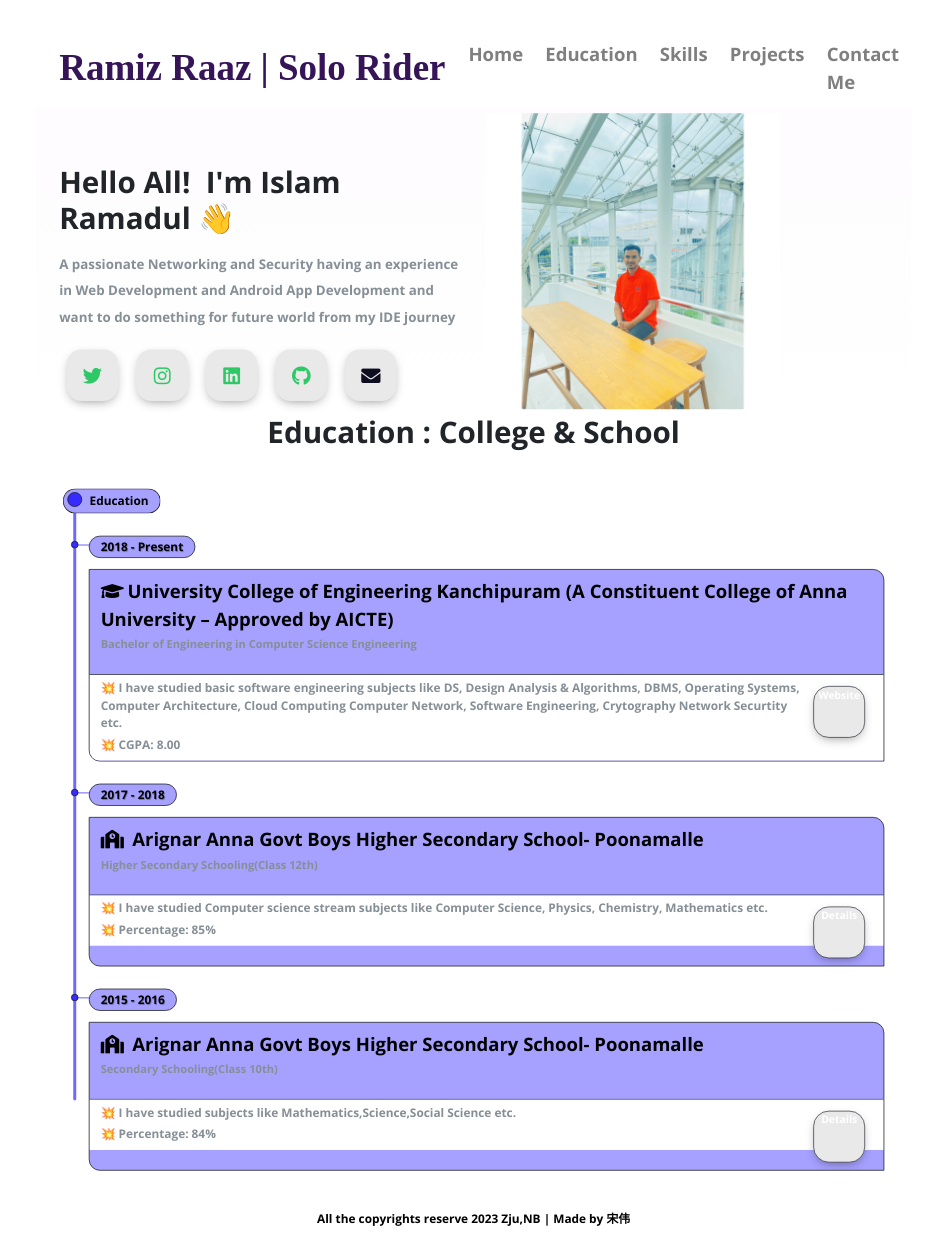
Repository: ramizraaz/ZjuProtfolio
Page: index.html
These files come from the project's save history. The page is drawn as it stood at one moment and after the next save; the edit follows.
The browser window is 1280 px wide. The pictures show the whole page, at 74% of full size.
Some web fonts or font styles are not loaded; a fallback is used. Some web libraries are served in a nearby version.

Above is the page before, as saved 2023-10-08 17:04:14.

### index.html
<!DOCTYPE html>
<html lang="en" dir="ltr">

<head>
    <meta charset="utf-8">
    <meta name="viewport" content="width=device-width,initial-scale=1">
    <title>宋伟's Profile | Personal website</title>
    <link rel="icon" href="Image/RR.png">
    <link rel="stylesheet" href="https://stackpath.bootstrapcdn.com/bootstrap/4.5.0/css/bootstrap.min.css" integrity="sha384-9aIt2nRpC12Uk9gS9baDl411NQApFmC26EwAOH8WgZl5MYYxFfc+NcPb1dKGj7Sk" crossorigin="anonymous">
    <link rel="stylesheet" href="style.css">
    <link href="https://fonts.googleapis.com/css2?family=Arizonia&family=Montserrat:wght@400;800&display=swap" rel="stylesheet">
    <link href="https://fonts.googleapis.com/css2?family=Open+Sans:wght@700&display=swap" rel="stylesheet">
    <link rel="stylesheet" href="https://use.fontawesome.com/releases/v5.4.1/css/all.css" />
    <link rel="stylesheet" href="https://cdnjs.cloudflare.com/ajax/libs/font-awesome/5.13.1/css/all.min.css">
    <script src="https://code.jquery.com/jquery-3.5.1.slim.min.js" integrity="sha384-DfXdz2htPH0lsSSs5nCTpuj/zy4C+OGpamoFVy38MVBnE+IbbVYUew+OrCXaRkfj" crossorigin="anonymous"></script>
    <script src="https://cdn.jsdelivr.net/npm/popper.js@1.16.0/dist/umd/popper.min.js" integrity="sha384-Q6E9RHvbIyZFJoft+2mJbHaEWldlvI9IOYy5n3zV9zzTtmI3UksdQRVvoxMfooAo" crossorigin="anonymous"></script>
    <script src="https://stackpath.bootstrapcdn.com/bootstrap/4.5.0/js/bootstrap.min.js" integrity="sha384-OgVRvuATP1z7JjHLkuOU7Xw704+h835Lr+6QL9UvYjZE3Ipu6Tp75j7Bh/kR0JKI" crossorigin="anonymous"></script>
</head>

<body class="container-fluid body_section">
    <header>
        <nav class="navbar navbar-expand-lg navbar-light ">
            <a class="navbar-brand brand-name" href="#">Ramiz Raaz | Solo Rider</a>
            <button class="navbar-toggler" type="button" data-toggle="collapse" data-target="#navbarSupportedContent" aria-controls="navbarSupportedContent" aria-expanded="false" aria-label="Toggle navigation">
                  <span class="navbar-toggler-icon"></span>
                </button>
            <div class="collapse navbar-collapse" id="navbarSupportedContent">
                <ul class="navbar-nav ml-auto">
                    <li class="nav-item">
                        <a class="nav-link headerachor" href="index.html">Home</a>
                    </li>

                    <li class="nav-item">
                        <a class="nav-link headerachor" href="">Education</a>
                    </li>
                    <li class="nav-item">
                        <a class="nav-link headerachor" href="">Skills</a>
                    </li>
                    <li class="nav-item">
                        <a class="nav-link headerachor" href="">Projects</a>
                    </li>
                    <li class="nav-item">
                        <a class="nav-link headerachor" href="">Contact Me</a>
                    </li>
                </ul>
        </nav>
    </header>
    <!-- Intro Section -->
    <section id="Home">
        <div class="row column1">
            <div class="col-lg-6 col-md-6 first-image">
                <img class="boyimage" src="img/me.gif" alt="">
            </div>
            <div class="col-lg-6 section-1">
                <h1 class="Hello">Hello All!&nbsp&nbspI'm Islam Ramadul <span class="wave">👋</span></h1>
                <p>A passionate Networking and Security having an experience in Web Development and Android App Development and want to do something for future world from my IDE journey</p>
                <div class=social_media_icon>
                    <a class="btn" href="https://twitter.com/ramiz_raaz" target=_blank>
                        <i class="fab fa-twitter"></i>
                    </a>
                    <a class="btn" href="https://www.instagram.com/ramiz_raaz/" target=_blank>
                        <i class="fab fa-instagram"></i>
                    </a>
                    <a class="btn" href="https://www.linkedin.com/" target=_blank>
                        <i class="fab fa-linkedin" aria-hidden="true"></i>
                    </a>
                    <a class="btn" href="https://github.com/ramizraaz" target=_blank>
                        <i class="fab fa-github"></i>
                    </a>
                    <a class="btn" href="mailto:romiz.romeo.raaz@gmail.com/" target=_blank>
                        <i class="fa fa-envelope"></i>
                    </a>
                </div>
            </div>
    </section>
    <!-- Education Section -->
    <section>
        <div class="container">
            <div class="Heading">
                <h1>Education : College & School</h1>
                <br>
            </div>
            <div class="timeline">
                <div class="timeline-month">
                    Education
                </div>
                <div class="timeline-section">
                    <div class="timeline-date">
                        2018 - Present
                    </div>
                    <div class="row">
                        <div class="col-lg">
                            <div class="timeline-box">
                                <div class="box-title">
                                    <i class="fas fa-graduation-cap" aria-hidden="true"></i>University College of Engineering Kanchipuram (A Constituent College of Anna University – Approved by AICTE)
                                    <p class="degree">Bachelor of Engineering in Computer Science Engineering</p>
                                </div>
                                <div class="box-content">
                                    <a class="btn btn-sm btn-dark float-right" role="button" href="http://www.aucek.in/" target=_blank style="color: white;">Website</a>
                                    <div class="box-item">💥 I have studied basic software engineering subjects like DS, Design Analysis & Algorithms, DBMS, Operating Systems, Computer Architecture, Cloud Computing Computer Network, Software Engineering, Crytography Network
                                        Securtity etc.</div>
                                    <div class="box-item"><b>💥 CGPA</b>: 8.00</div>
                                </div>
                            </div>
                        </div>
                    </div>
                </div>

                <div class="timeline-section">
                    <div class="timeline-date">
                        2017 - 2018
                    </div>
                    <div class="row">
                        <div class="col-lg">
                            <div class="timeline-box">
                                <div class="box-title">
                                    <i class="fas fa-school" aria-hidden="true"></i> Arignar Anna Govt Boys Higher Secondary School- Poonamalle
                                    <p class="degree">Higher Secondary Schooling(Class 12th)</p>
                                </div>
                                <div class="box-content">
                                    <a class="btn btn-sm btn-dark float-right" role="button" style="color: white;">Details</a>
                                    <div class="box-item">💥 I have studied Computer science stream subjects like Computer Science, Physics, Chemistry, Mathematics etc. </div>
                                    <div class="box-item"><b>💥 Percentage</b>: 85%</div>

                                </div>
                            </div>
                        </div>
                    </div>
                </div>

                <div class="timeline-section">
                    <div class="timeline-date">
                        2015 - 2016
                    </div>
                    <div class="row">
                        <div class="col-lg">
                            <div class="timeline-box">
                                <div class="box-title">
                                    <i class="fas fa-school" aria-hidden="true"></i> Arignar Anna Govt Boys Higher Secondary School- Poonamalle
                                    <p class="degree"> Secondary Schooling(Class 10th) </p>
                                </div>
                                <div class="box-content">
                                    <a class="btn btn-sm btn-dark float-right" role="button" style="color: white;">Details</a>
                                    <div class="box-item">💥 I have studied subjects like Mathematics,Science,Social Science etc. </div>
                                    <div class="box-item"><b>💥 Percentage</b>: 84%</div>

                                </div>
                            </div>
                        </div>
                    </div>
                </div>
            </div>
        </div>
    </section>

    </form>
    <footer class=footer>All the copyrights reserve 2023 Zju,NB | Made by 宋伟</footer>
</body>

</html>

### style.css
body {
    font-family: 'Open Sans', sans-serif;
    margin: 0;
}

.body_section {
    padding: 3% 5% 1%;
}

p {
    font-size: 18px;
}

a {
    text-decoration: none;
}

@font-face {
    font-family: "Lovely Home";
    src: local('Lovely Home'), url("Image/LovelyHome-9aBZ.ttf") format('truetype');
}

.brand-name,
.navbar-light .navbar-brand {
    font-family: "Lovely Home";
    font-size: 50px;
    font-weight: bold;
    color: #075786;
}

.headerachor {
    color: black;
    margin: 0 7px 0 7px;
    border-radius: 20px;
    font-size: 25px;
}

.headerachor:hover {
    background-color: #8c8a8a;
}


/* Section 1 */

.column1 {
    background-image: linear-gradient(#fefcfe, #ffffff);
    padding: 8px 16px;
}

.section-1 {
    margin-top: 6%;
    text-align: left;
    position: relative;
}

span.wave {
    animation-name: wave-animation;
    animation-duration: 2.5s;
    animation-iteration-count: infinite;
    transform-origin: 70% 70%;
    display: inline-block;
}

@keyframes wave-animation {
    0% {
        transform: rotate( 0.0deg)
    }
    10% {
        transform: rotate(-10.0deg)
    }
    20% {
        transform: rotate( 12.0deg)
    }
    30% {
        transform: rotate(-10.0deg)
    }
    40% {
        transform: rotate( 9.0deg)
    }
    50% {
        transform: rotate( 0.0deg)
    }
    100% {
        transform: rotate( 0.0deg)
    }
}

.first-image {
    position: absolute;
    right: 0;
}

.boyimage {
    height: 400px;
}

@media only screen and (max-width: 1183px) {
    .first-image {
        right: 160px;
    }
}

.boy {
    width: 100%;
    height: 100%;
    animation: bounce 1.2s;
    animation-direction: alternate;
    animation-iteration-count: infinite;
}

@keyframes bounce {
    from {
        transform: translate3d(0, 0, 0);
    }
    to {
        transform: translate3d(0, 20px, 0);
    }
}

.Image-boy {
    text-align: center;
    align-items: center;
}

@media only screen and (min-width:951px) {
    .Image-boy {
        display: none;
    }
}

.Hello {
    margin-bottom: 20px;
}

p {
    line-height: 2;
    color: #868e96;
}

.btn {
    display: inline-block;
    width: 4.37rem;
    height: 4.37rem;
    background: #e9e9e9;
    padding: 0px 0px;
    margin: 10px;
    border-radius: 30%;
    box-shadow: 0 5px 15px -5px #00000070;
    color: #0f0d20;
    overflow: hidden;
    position: relative;
}

.btn i {
    line-height: 70px;
    font-size: 1.625rem;
    transition: 0.2s linear;
}

.btn:hover i {
    transform: scale(1.3);
    color: #f1f1f1;
}

.btn::before {
    content: "";
    position: absolute;
    width: 120%;
    height: 120%;
    background: #46088d;
    transform: rotate(45deg);
    left: -110%;
    top: 90%;
}

.btn:hover::before {
    animation: aaa 0.7s 1;
    top: -10%;
    left: -10%;
}

@media only screen and (max-width:470px) {
    .btn {
        width: 2.5rem;
        height: 2.5rem;
        margin: 7px;
    }
    .btn i {
        line-height: 40px;
        font-size: 1em;
    }
}


/* Education CSS */

body {
    font-family: 'Open Sans', sans-serif;
    font-weight: 700;
    margin: 0;
}

.body_section {
    padding: 3% 5% 1%;
}

a {
    text-decoration: none;
}

@font-face {
    font-family: "Lovely Home";
    src: local('Lovely Home'), url("Image/LovelyHome-9aBZ.ttf") format('truetype');
}

.brand-name,
.navbar-light .navbar-brand {
    /* font-family: "Brush Script MT"; */
    /* margin-bottom: 3px; */
    font-family: "Lovely Home";
    font-size: 50px;
    font-weight: bold;
    color: #351458;
}

@media only screen and (max-width: 764px) {
    .brand-name,
    .navbar-light .navbar-brand {
        font-family: "Lovely Home";
        font-size: 40px;
        font-weight: bold;
        color: #351458;
    }
}

.headerachor {
    color: black;
    margin: 0 7px 0 7px;
    font-size: 25px;
}

.headerachor:hover {
    background-color: #f1f1f1;
}

#Section1 {
    padding: 7% 0 3%;
}

.Programming {
    width: 100%;
    height: 100%;
}

.Coding {
    padding-top: 3%;
    text-align: center;
}

.competitive_icon li {
    margin: 0 2% 0;
    list-style: none;
    display: inline;
}

.fab {
    color: #2ec866;
}

.fab:hover {
    color: black;
}

.iconify {
    color: gray;
    margin-bottom: 40px;
}

.iconify:hover {
    color: black;
}

.Heading {
    text-align: center;
}

.timeline {
    margin-top: 20px;
    position: relative;
}

.timeline:before {
    position: absolute;
    content: '';
    width: 4px;
    height: calc(100% - 100px);
    background: #6F67FF;
    left: 14px;
    top: 5px;
    border-radius: 4px;
}

.timeline-month {
    color: black;
    position: relative;
    padding: 4px 15px 4px 35px;
    background-color: #a6a1ff;
    display: inline-block;
    width: auto;
    border-radius: 40px;
    border: 1px solid #17191B;
    border-right-color: black;
    margin-bottom: 30px;
}

.timeline-month span {
    position: absolute;
    top: -1px;
    left: calc(100% - 100px);
    z-index: -1;
    white-space: nowrap;
    display: inline-block;
    background-color: #111;
    padding: 4px 10px 4px 20px;
    border-top-right-radius: 40px;
    border-bottom-right-radius: 40px;
    border: 1px solid black;
    box-sizing: border-box;
}

.timeline-month:before {
    position: absolute;
    content: '';
    width: 20px;
    height: 20px;
    background: #362CFF;
    border-radius: 100%;
    border: 1px solid #17191B;
    left: 5px;
}

.timeline-section {
    padding-left: 35px;
    display: block;
    position: relative;
    margin-bottom: 30px;
}

.timeline-date {
    margin-bottom: 15px;
    padding: 2px 15px;
    background: #a6a1ff;
    position: relative;
    display: inline-block;
    border-radius: 20px;
    border: 1px solid #17191B;
    color: black;
    text-shadow: 1px 1px 1px rgba(0, 0, 0, 0.3);
}

.timeline-section:before {
    content: '';
    position: absolute;
    width: 30px;
    height: 1px;
    background-color: #362CFF;
    top: 12px;
    left: 20px;
}

.timeline-section:after {
    content: '';
    position: absolute;
    width: 10px;
    height: 10px;
    background: #362CFF;
    top: 7px;
    left: 11px;
    border: 1px solid #17191B;
    border-radius: 100%;
}

.timeline-box {
    position: relative;
    color: black;
    background-color: #a6a1ff;
    border-radius: 15px;
    border-top-left-radius: 0px;
    border-bottom-right-radius: 0px;
    border: 1px solid #17191B;
    transition: all 0.3s ease;
    overflow: hidden;
}

.box-icon {
    position: absolute;
    right: 5px;
    top: 0px;
}

.box-title {
    padding: 10px 15px;
    font-size: 25px;
    border-bottom: 1px solid #17191B;
}

.degree {
    font-size: 15px;
}

.box-title i {
    margin-right: 5px;
}

.box-content {
    padding: 5px 15px;
    background-color: white;
}

.box-item {
    margin-bottom: 5px;
    color: #868e96;
    font-weight: 400;
}

.certificate {
    padding-top: 20px;
}

.certificate-text {
    text-align: center;
}

.box-shadow {
    box-shadow: 5px 5px 5px #d9dbdf;
}

.jc {
    background-color: white;
    border: 2px solid black;
    color: rgb(12, 12, 12);
    padding: 10px 49px;
    text-align: center;
    display: inline-block;
    font-size: 13px;
    margin: 5px 90%;
    cursor: pointer;
    width: fit-content;
}

footer {
    padding-top: 2%;
    color: #000000;
    text-align: center;
}

After the next save:
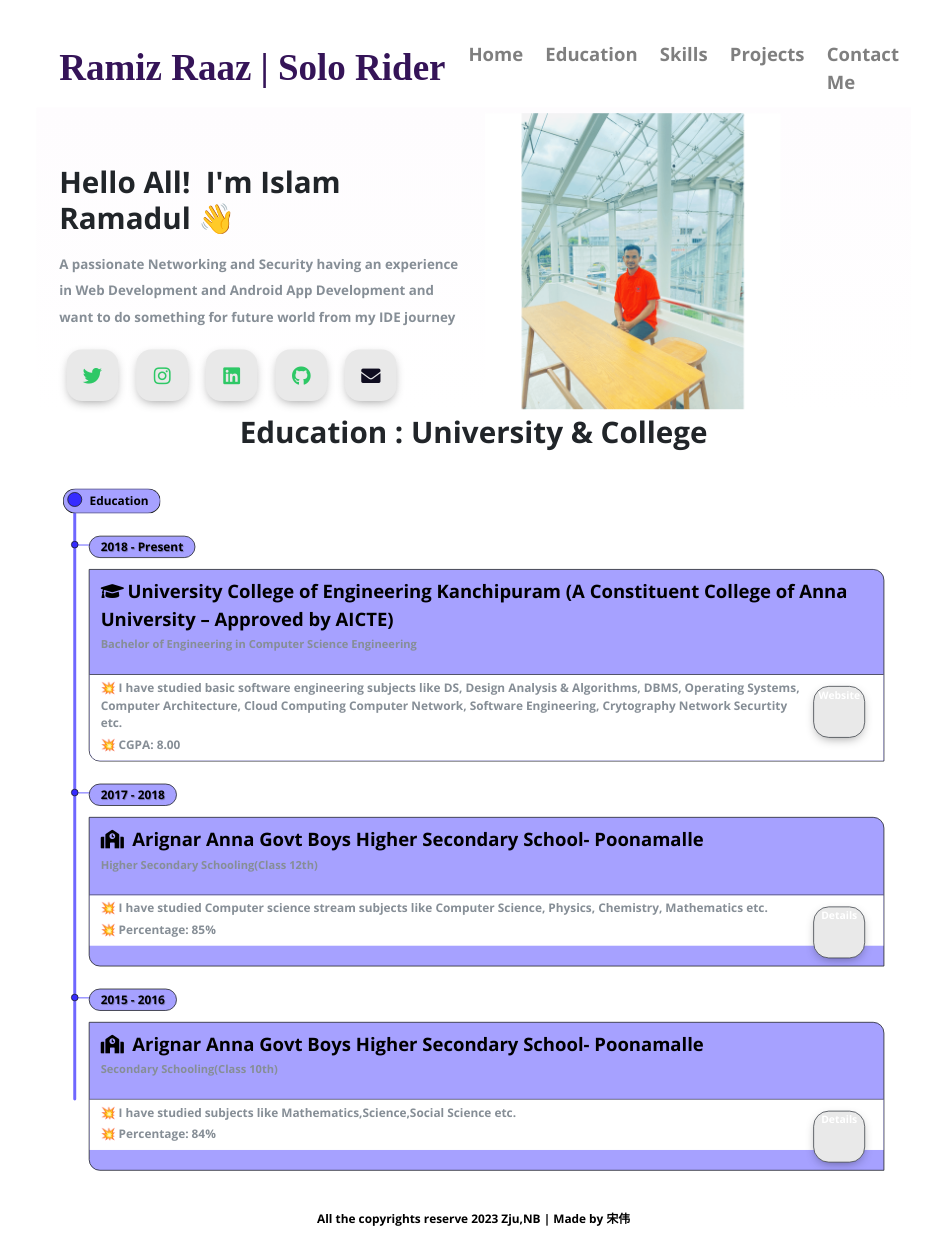
Saved 27 s later.
--- a/index.html
+++ b/index.html
@@ -77,7 +77,7 @@
     <section>
         <div class="container">
             <div class="Heading">
-                <h1>Education : College & School</h1>
+                <h1>Education : University & College</h1>
                 <br>
             </div>
             <div class="timeline">
